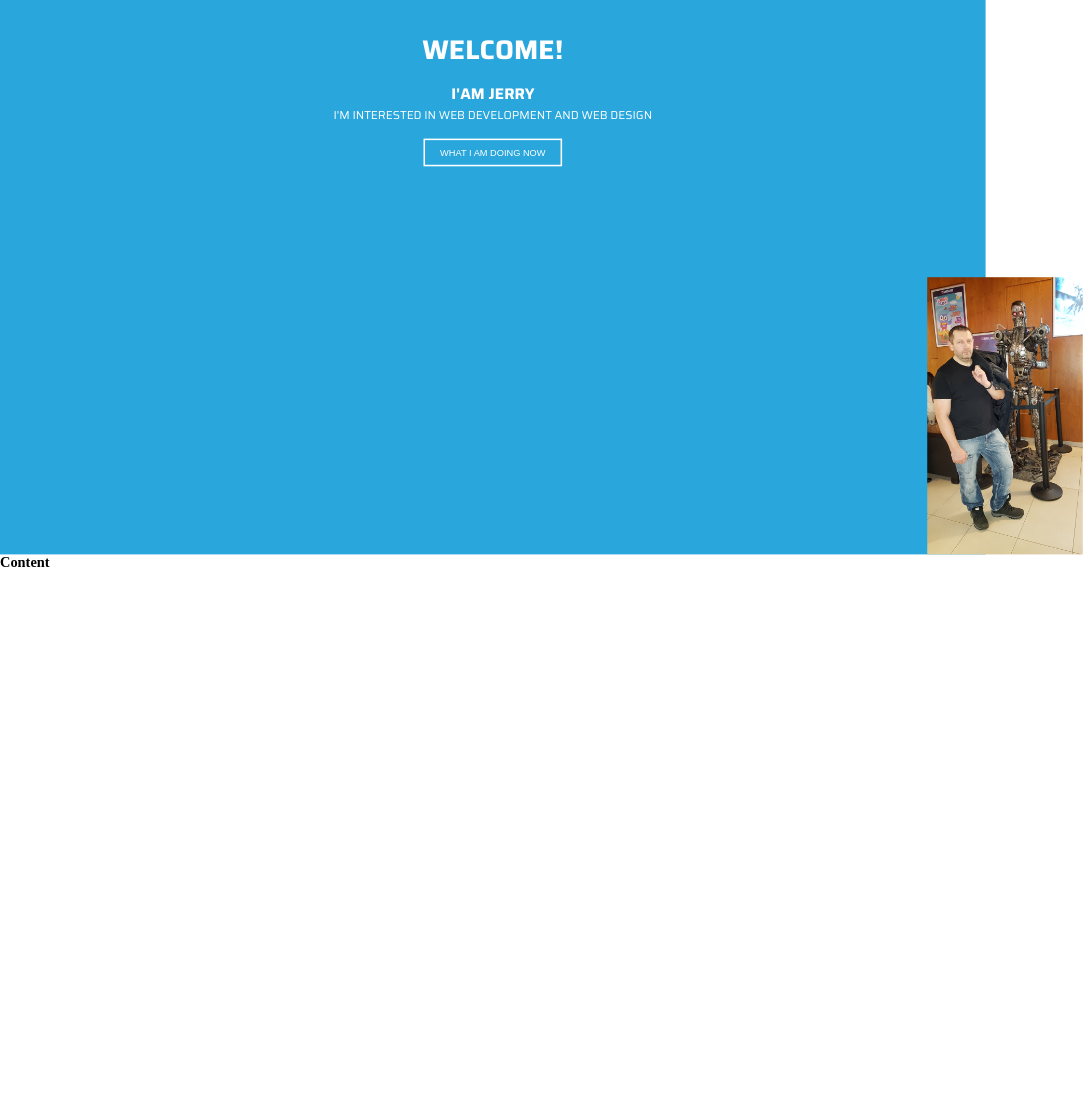
Repository: navanweb/dev
Page: jerry.html
These files come from the project's save history. The page is drawn as it stood at one moment and after the next save; the edit follows.
The browser window is 1280 px wide. The page is 1406 px wide, then 1356 px, so the pictures cover 1406 px, including what lies to the right of the window. The pictures show the whole page, at 77% of full size.

Above is the page before, as saved 2019-04-06 19:40:38.

After the next save:
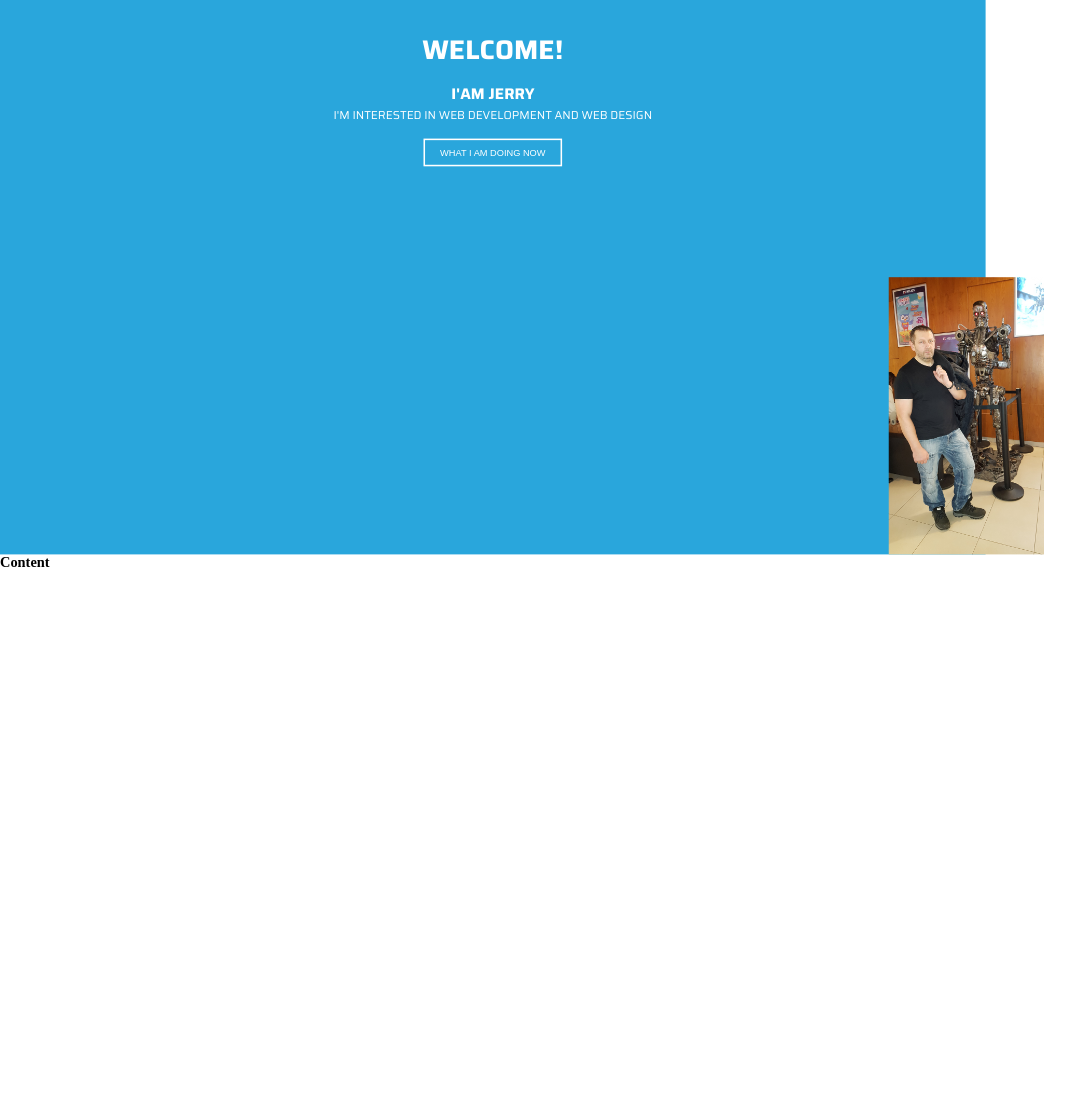
Saved 5 s later.
--- a/css/jerry.css
+++ b/css/jerry.css
@@ -64,7 +64,7 @@ header button {
     header img {
         height: 50%;
         bottom: 0;
-        right: -25px;
+        right: 25px;
     }
 
 }
